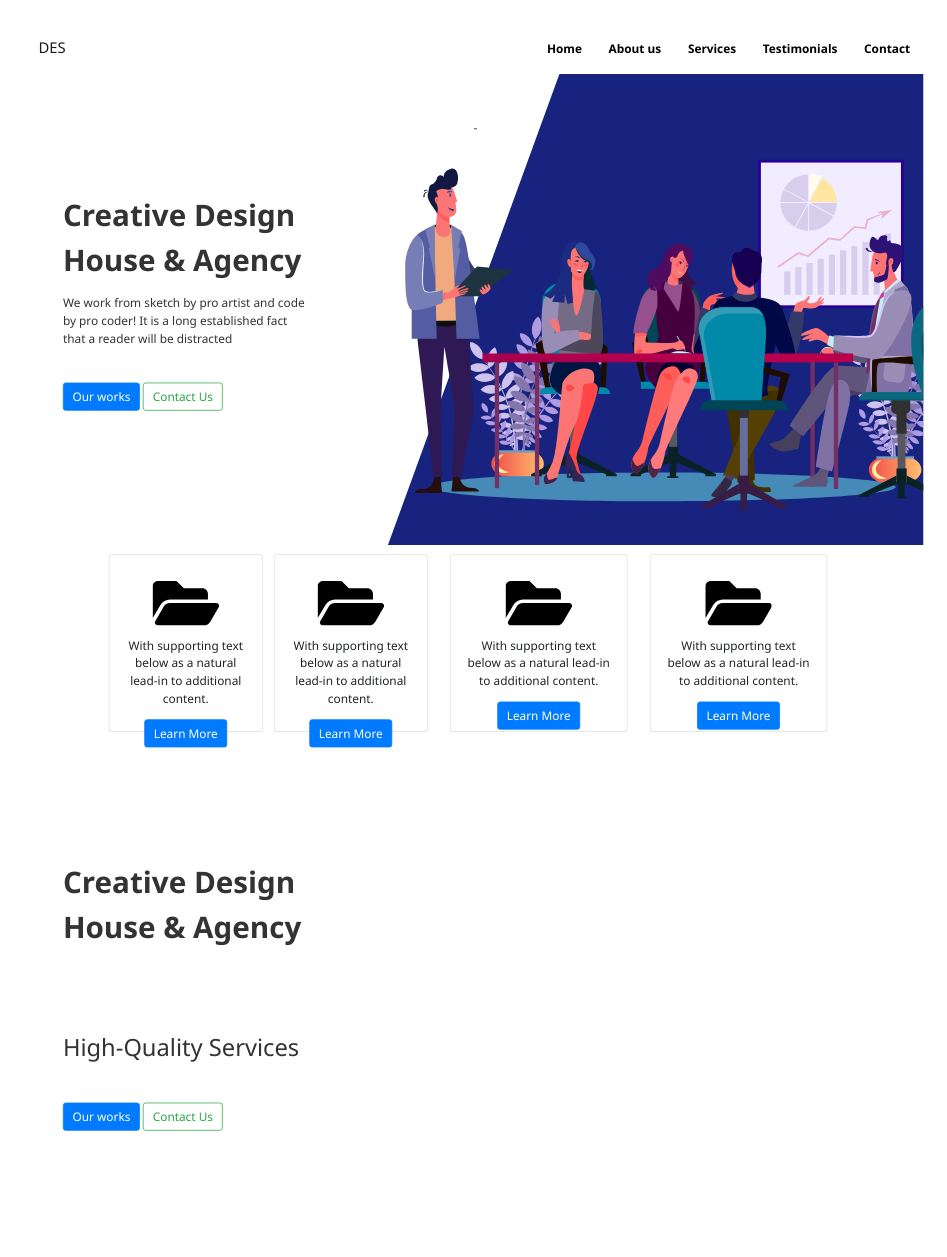
Repository: stephenkayade/Tarm
Page: index.html
The author's editor kept a copy of each file at every save. The page is drawn from the files as they stood at one save, then again after the next save.
The browser window is 1280 px wide. The pictures show the part of the page from y = 0 to 1699 px (the page is 4053 px tall before and 3981 px after), at 74% of full size.
A picture or video elsewhere on the page could not be fetched, so the positions and the page height are approximate.

Above is the page before, as saved 2020-05-07 14:52:09.

After the next save:
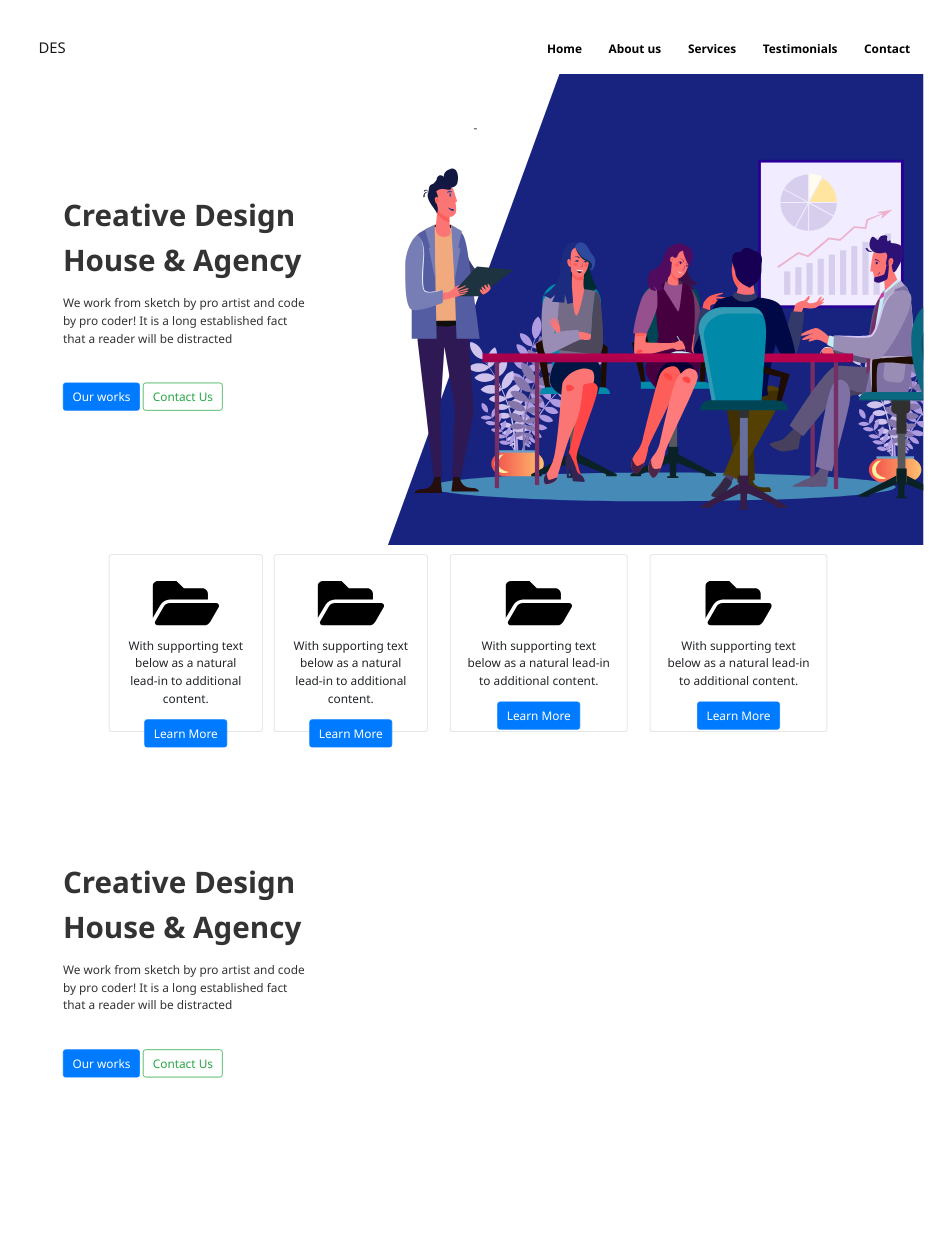
Saved 35 s later.
--- a/index.html
+++ b/index.html
@@ -135,7 +135,9 @@
             <div class="row">
                 <div class="col-md-6">
                     <p class="promo-title">Creative Design <br>House & Agency</p>
-                    <p class="promo-title"><small>High-Quality Services</small></p>
+                    <p>We work from sketch by pro artist and code <br>
+                        by pro coder! It is a long established fact <br>
+                        that a reader will be distracted</p>
                     <div class="btn-control">
                         <div class="btn btn-primary">Our works</div>
                         <div class="btn btn-outline-success">Contact Us</div>
